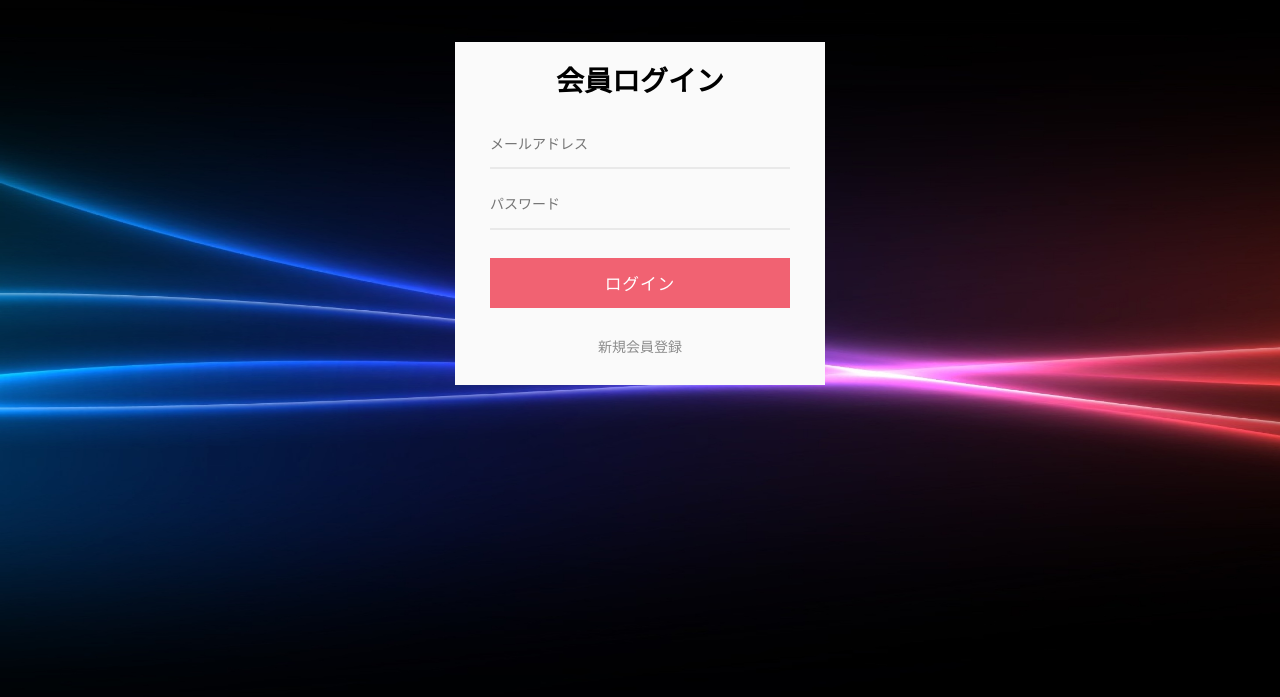
Repository: kawaguchi-mizuki/ntmc
Page: http://localhost/movie/login
These files come from the project's save history. The page is drawn as it stood at one moment and after the next save; the edit follows.
The browser window is 1280 px wide. The pictures show the whole page.
The page is served by Tomcat 9. Other server files are loaded and not shown.

Above is the page before, as saved 2019-07-02 05:03:35.

### 開発/movie/movie/WebContent/WEB-INF/jsp/login_user.jsp
<%@ page language="java" contentType="text/html; charset=UTF-8"
	pageEncoding="UTF-8"%>
<!DOCTYPE html>
<html>
<head>
<meta charset="UTF-8">
<title>ログイン</title>
<link rel="stylesheet" href="css/user_login.css">
</head>
<body>


	<div class="form-wrapper">
		<h1>会員ログイン</h1>
		<form action="auth" method="POST">
			<div class="form-item">
				<label for="email"></label> <input type="email" name="mail"
					required="required" placeholder="メールアドレス"></input>
			</div>
			<div class="form-item">
				<label for="password"></label> <input type="password"
					name="password" required="required" placeholder="パスワード"></input>
			</div>


			<%
				String errflg = request.getParameter("errflg");
				if (errflg != null) {
					if (errflg.equals("1")) {
			%>
			<p class="err">
				学籍番号またはパスワードが間違っています。
			</p>
			<%
				}
			%>
			<%
				}
			%>


			<div class="button-panel">
				<input type="submit" class="button" title="Sign In" value="ログイン"></input>
			</div>
		</form>
		<div class="form-footer">
			<p>
				<a href="adduser">新規会員登録</a>
			</p>
		</div>
	</div>

</body>
</html>

### 開発/movie/movie/src/movie/controller/LoginUserStart.java
package movie.controller;

import java.io.IOException;

import javax.servlet.RequestDispatcher;
import javax.servlet.ServletException;
import javax.servlet.annotation.WebServlet;
import javax.servlet.http.HttpServlet;
import javax.servlet.http.HttpServletRequest;
import javax.servlet.http.HttpServletResponse;
@WebServlet("/login")
public class LoginUserStart extends HttpServlet {

	@Override
	protected void doGet(HttpServletRequest request, HttpServletResponse respons) throws ServletException, IOException {
		// TODO 自動生成されたメソッド・スタブ
		respons.setContentType("text/css");
		RequestDispatcher dispatcher = request.getRequestDispatcher("WEB-INF/jsp/login_user.jsp");
		dispatcher.forward(request, respons);
	}


}

### 開発/movie/movie/WebContent/css/user_login.css
/* Fonts */
@import url(https://fonts.googleapis.com/css?family=Open+Sans:400);

/* fontawesome */
@import url(http://weloveiconfonts.com/api/?family=fontawesome);
[class*="fontawesome-"]:before {
  font-family: 'FontAwesome', sans-serif;
}

/* Simple Reset */
* { margin: 0; padding: 0; box-sizing: border-box; }

/* body */
body {
  font: 400 87.5%/1.5em 'Open Sans', sans-serif;
}

/* Form Layout */
.form-wrapper {
  background: #fafafa;
  margin: 3em auto;
  padding: 0 1em;
  max-width: 370px;
}

h1 {
  text-align: center;
  padding: 1em 0;
}

form {
  padding: 0 1.5em;
}

.form-item {
  margin-bottom: 0.75em;
  width: 100%;
}

.form-item input {
  background: #fafafa;
  border: none;
  border-bottom: 2px solid #e9e9e9;
  color: #666;
  font-family: 'Open Sans', sans-serif;
  font-size: 1em;
  height: 50px;
  transition: border-color 0.3s;
  width: 100%;
}

.form-item input:focus {
  border-bottom: 2px solid #c0c0c0;
  outline: none;
}

.button-panel {
  margin: 2em 0 0;
  width: 100%;
}

.button-panel .button {
  background: #f16272;
  border: none;
  color: #fff;
  cursor: pointer;
  height: 50px;
  font-family: 'Open Sans', sans-serif;
  font-size: 1.2em;
  letter-spacing: 0.05em;
  text-align: center;
  text-transform: uppercase;
  transition: background 0.3s ease-in-out;
  width: 100%;
}

.button:hover {
  background: #ee3e52;
}

.form-footer {
  font-size: 1em;
  padding: 2em 0;
  text-align: center;
}

.form-footer a {
  color: #8c8c8c;
  text-decoration: none;
  transition: border-color 0.3s;
}

.form-footer a:hover {
  border-bottom: 1px dotted #8c8c8c;
}
.err{
	color:red;
	margin-top:30px;
}
body{
	background-image:url("../img/background.jpg");
	background-size:1800px 700px ;
	background-weight:700px;
}

After the next save:
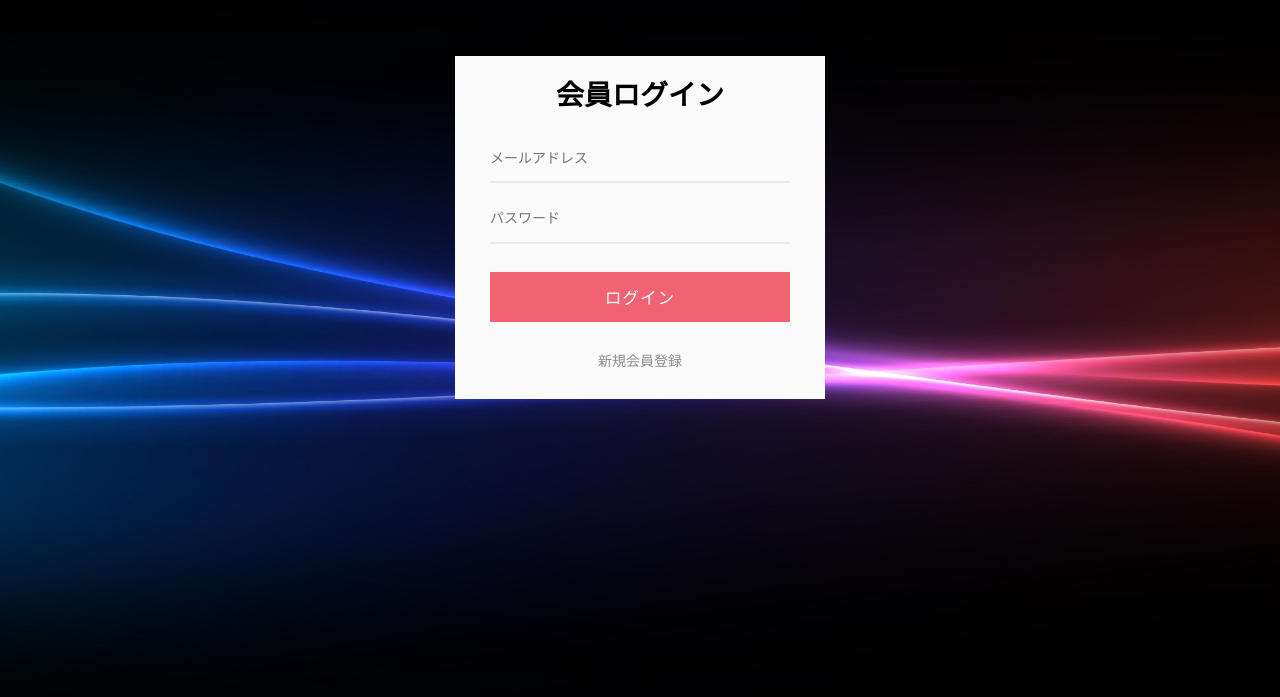
Saved 26 s later.
--- a/開発/movie/movie/WebContent/css/user_login.css
+++ b/開発/movie/movie/WebContent/css/user_login.css
@@ -18,7 +18,7 @@ body {
 /* Form Layout */
 .form-wrapper {
   background: #fafafa;
-  margin: 3em auto;
+  margin: 4em auto;
   padding: 0 1em;
   max-width: 370px;
 }
